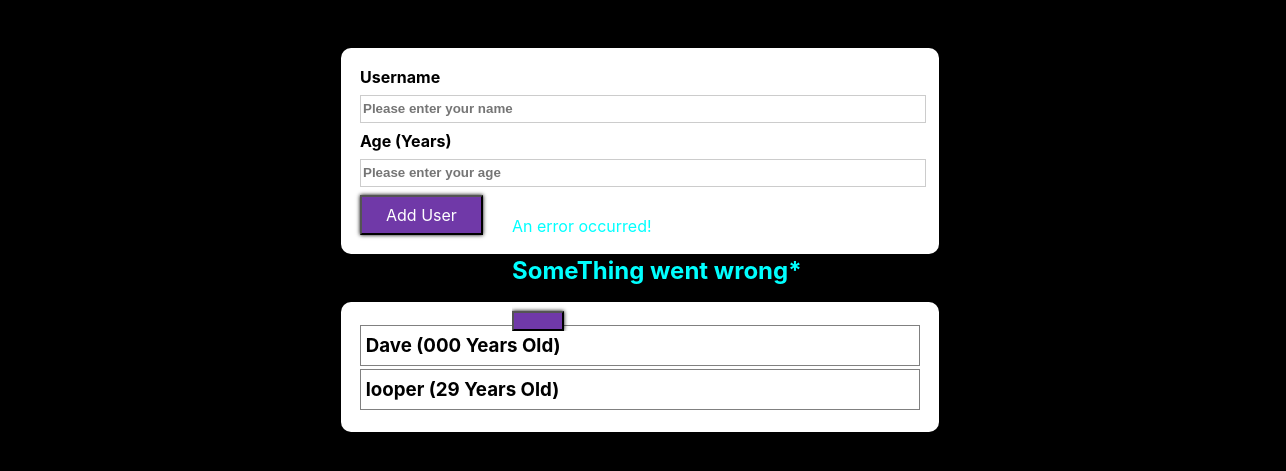
Repository: NamalPathirana/section-eight
Page: /
These files come from the project's save history. The page is drawn as it stood at one moment and after the next save; the edit follows.
The browser window is 1280 px wide. The page is 1280 px wide, then 1286 px, so the pictures cover 1286 px, including what lies to the right of the window. The pictures show the whole page.
The project was rebuilt for these pictures with package versions that can differ from the ones it lists, and the page was loaded fresh each time. Also part of the build but not shown: src/App.module.css.

Above is the page before, as saved 2021-12-04 14:06:04.

### src/index.css
body {
  margin: 0;
  padding: 0%;
  height: 100%;
  width: 100%;
  display: flex;
  flex-direction: column;
  background-color: black;
  font-family: -apple-system, BlinkMacSystemFont, 'Segoe UI', 'Roboto', 'Oxygen',
    'Ubuntu', 'Cantarell', 'Fira Sans', 'Droid Sans', 'Helvetica Neue',
    sans-serif;
  -webkit-font-smoothing: antialiased;
  -moz-osx-font-smoothing: grayscale;
}

code {
  font-family: source-code-pro, Menlo, Monaco, Consolas, 'Courier New',
    monospace;
}

### src/App.js
import styles from "./App.module.css";
import react, { useState } from "react";
import UserInput from "./Components/UserInput/UserInput";
import UserList from "./Components/UserList/UserList";
import Card from "./UI/Card/Card";

function App() {
  const [listOfEntries, SetListOfEntries] = useState([
    { key: 0, name: "Dave", age: "000" },
    { key: 1, name: "looper", age: "29" },
  ]);

  const UserEntryCallbackHandler = (props) => {
    SetListOfEntries((prevListOfEntries) => {
      const tempList = [...prevListOfEntries];
      tempList.unshift({
        key: Math.random(),
        name: props.name,
        age: props.age,
      });
      return tempList;
    });
    console.log(listOfEntries);
  };

  const entryDeletionCallback = (entryKey) => {
    SetListOfEntries((perEntry) => {
      const updatedEntries = perEntry.filter((entry) => {
        return entry.key !== entryKey;
      });
      return updatedEntries;
    });
  };

  let UserInfoSegment = <Card><h3 className={styles.block}>No Entries Exists To Display</h3></Card>;

  if (listOfEntries.length > 0) {
    UserInfoSegment = (
      <UserList
        items={listOfEntries}
        deletionHandler={entryDeletionCallback}
      ></UserList>
    );
  }

  return (
    <div className="App">
      <section>
        <UserInput onUserEntry={UserEntryCallbackHandler}></UserInput>
      </section>
      <section>
      {UserInfoSegment}
      </section>
    </div>
  );
}

export default App;

### src/Components/UserInput/UserInput.js
import Button from "../../UI/Button/Button";
import styles from "./UserInput.module.css";
import { useState } from "react";
import Card from "../../UI/Card/Card";
import ErrorModal from "../../UI/ErrorModal/ErrorModal";

const UserInput = (props) => {
  const userEntry = { key: 0, name: "lol", age: "25" };

  const [username, SetUserName] = useState("");
  const [age, SetAge] = useState("");
  const [isValid, SetIsValid] = useState(true);

  const NameInputHandler = (props) => {
    SetUserName(props.target.value);

    if (props.target.value.length > 0) {
      SetIsValid(true);
    }
    // console.log('[UserInput.js / userName : ]'+username)
  };

  const AgeInputHandler = (props) => {
    SetAge(props.target.value);
    if (props.target.value.length > 0) {
      SetIsValid(true);
    }
    // console.log('[UserInput.js / userName : ]'+age);
  };

  const FormSubmitHandler = (event) => {
    event.preventDefault();

    if (username.length === 0) {
      SetIsValid(false);
      return;
    }
    if(+age<1){
        SetIsValid(false);
        return;
    }

    userEntry.key = Math.random();
    userEntry.name = username;
    userEntry.age = age;

    props.onUserEntry(userEntry);

    SetUserName("");
    SetAge("");
  };

  return (
    <div>
    <ErrorModal title="An error occurred!" message='SomeThing went wrong*'></ErrorModal>
    <Card>
      <form onSubmit={FormSubmitHandler}>
        <div className={styles.frame}>
          <label className={`${!isValid ? styles.inValid : ""}`}>
            Username
          </label>
          <input
            placeholder="Please enter your name"
            type="text"
            onChange={NameInputHandler}
            className={!isValid ? styles.inValid : ""}
            value={username}
          />
          <label className={`${!isValid ? styles.inValid : ""}`}>
            Age (Years)
          </label>
          <input
            placeholder="Please enter your age"
            type="number"
            max="120"
            maxLength="2"
            min="12"
            onChange={AgeInputHandler}
            value={age}
            className={`${!isValid ? styles.inValid : ""}`}
          />
          <Button name="Add User" type="submit"></Button>
        </div>
      </form>
    </Card>
    </div>
  );
};

export default UserInput;

### src/Components/UserList/UserList.js
import styles from './UserList.module.css';
import UserListItem from '../UserListItem/UserListItem'
import Card from '../../UI/Card/Card';


const UserList = (props) => {

    const listUserItems = props.items.map(row=>{
        return  <UserListItem key={row.key} name={row.name} age={row.age} clicked={()=>{props.deletionHandler(row.key)}}/>;
    });

    return(
        <Card>
        <div className={styles.frame}>
           {listUserItems}
        </div>
        </Card>
    );
}

export default UserList;

### src/UI/Card/Card.js
import styles from './Card.module.css';

const Card = (props) => {

    return (<div className={props.className===undefined?styles.card:props.className}>
        {props.children}
    </div>);

}

export default Card;

### src/UI/Button/Button.js
import styles from "./Button.module.css";

const Button = (props) => {
  return <button className={styles.button} type={props.type || 'button'}>{props.name}</button>;
};

export default Button;

### src/Components/UserInput/UserInput.module.css
.frame{

}

.frame input{
    display: block;
    font-weight: bold;
    border: 1px solid #ccc;
    line-height: 1.5rem;
    padding: 100 0.25rm;
    width: 100%;
    margin-bottom: 0.5rem;
}

.frame input:hover{
    border: 1px solid rgb(49, 45, 45);
}

label.inValid {
    color: red;
}

input.inValid {
    background-color: rgb(233, 161, 161);
    border: 1px solid red;
 }

.frame label{
    display: block;
    align-content: flex-start;
    font-weight: bold;
    margin-bottom: 0.5rem;
}

### src/UI/ErrorModal/ErrorModal.js
import styles from "./ErrorModal.module.css";
import Card from "../Card/Card";
import Button from "../Button/Button"

const ErrorModal = (props) => {
  return (
    <Card className={styles.modal}>
      <header className={styles.header} >{props.title}</header>
      <h2 className={styles.message}>{props.message}</h2>
      <footer className={styles.footer}><Button>Close</Button></footer>
    </Card>
  );
};

export default ErrorModal;

### src/Components/UserList/UserList.module.css
.frame{

}

### src/Components/UserListItem/UserListItem.js
import styles from './UserListItem.module.css';


const UserListItem = (props) => {

    return(
        <div className={styles.list_item} onClick={props.clicked}>
            <h3>{props.name} ({props.age} Years Old)</h3>
        </div>
    );
}

export default UserListItem;

### src/UI/Card/Card.module.css
.card{
    margin: 0.5rem 0.5rem;
    padding: 1.2rem 1.2rem;
    width: 35rem;
    max-width: 90%;
    margin: 3rem auto;
    background-color: white;
    border-radius: 10px;
}

### src/UI/Button/Button.module.css
.button{
    font: inherit;
    padding: 0.5rem 1.5rem;
    background-color: rgb(112, 57, 168);
    color:white;
    box-shadow: 0 0 4px black;
    cursor: pointer;
    width: auto;
}

.button:focus{
    outline: none;
}

.button:hover,.button:active{
    background-color: rgb(185, 140, 231);
    border-color: rgb(185, 140, 231);
    box-shadow: 0 0 8px black;
}

### src/UI/ErrorModal/ErrorModal.module.css
.modal{
    position: fixed;
    top:30vh;
    left: 40%;
    width: 80%;
    z-index: 100;
    color: aqua;
    overflow: hidden;
}

### src/Components/UserListItem/UserListItem.module.css
.list_item{
    border: 1px solid gray;
    display: block;
    padding: 0.5rem 0.3rem;
    margin: 3px 0px;

}

.list_item:hover{
    background-color: antiquewhite;
}

.list_item:active{
    background-color: rgb(251, 199, 199);
}


.list_item h3{
    margin: 0px;
}

Loaded but not shown: public/index.html (common file); src/index.js (common file); src/reportWebVitals.js (common file)

After the next save:
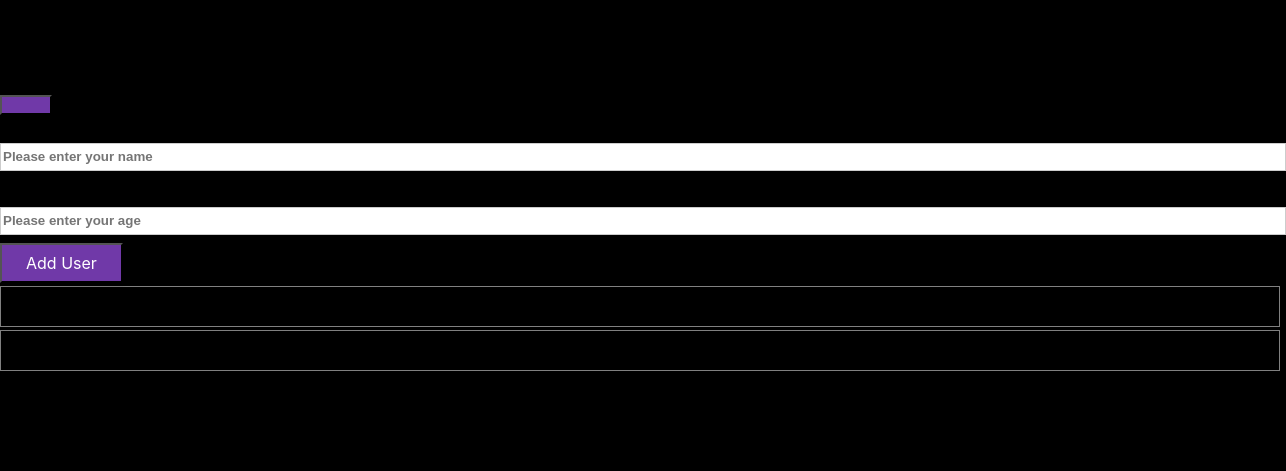
Saved 2 min 13 s later.
--- a/src/UI/Card/Card.js
+++ b/src/UI/Card/Card.js
@@ -2,7 +2,7 @@ import styles from './Card.module.css';
 
 const Card = (props) => {
 
-    return (<div className={props.className===undefined?styles.card:props.className}>
+    return (<div className={`styles.card`}>
         {props.children}
     </div>);
 
